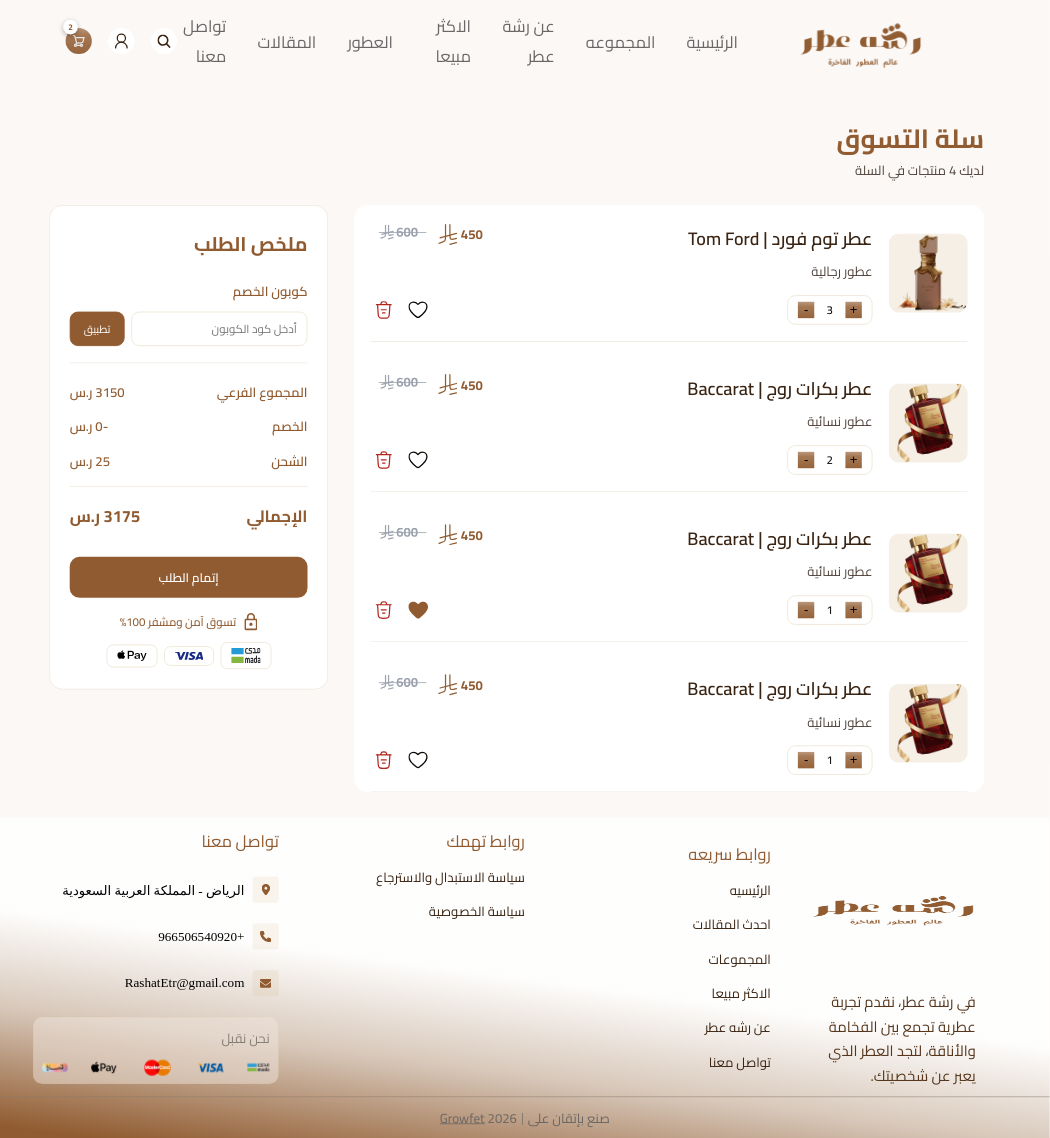
Repository: mahmoudesh74/rashet-3tr
Page: /ShoppingBasket
An editor plug-in stored every save of this project. The page is shown before and after the next save, followed by the edit.
The browser window is 1280 px wide. The pictures show the whole page, at 82% of full size.
Some web fonts or font styles are not loaded; a fallback is used. The project was rebuilt for these pictures with package versions that can differ from the ones it lists, and the page was loaded fresh each time. Also part of the build but not shown: vite.config.js, src/App.css, src/components/HeaderSection/Header.css, src/components/HeaderSection/Header.jsx, src/components/GroupSection/GroupSection.css, src/components/GroupSection/GroupSection.jsx, src/components/AboutSection/AboutSection.css, src/components/AboutSection/AboutSection.jsx and 35 more. Imported but missing from the stored project, and not drawn on this page: src/assets/vedio.mp4.

Above is the page before, as saved 2026-09-29 00:21:37.

### index.html
<!doctype html>
<html lang="ar" dir="rtl">
  <head>
    <meta charset="UTF-8" />
    <link rel="icon" type="image/svg+xml" href="/favicon.svg" />
    <meta name="viewport" content="width=device-width, initial-scale=1.0" />
    <title>rashet-3tr</title>
    <link rel="preconnect" href="https://fonts.googleapis.com">
<link rel="preconnect" href="https://fonts.gstatic.com" crossorigin>
<link href="https://fonts.googleapis.com/css2?family=Be+Vietnam+Pro:ital,wght@0,100;0,200;0,300;0,400;0,500;0,600;0,700;0,800;0,900;1,100;1,200;1,300;1,400;1,500;1,600;1,700;1,800;1,900&family=Cairo:wght@200..1000&family=IBM+Plex+Sans:ital,wght@0,100..700;1,100..700&family=Kameron:wght@400..700&family=Noto+Rashi+Hebrew:wght@100..900&family=Plus+Jakarta+Sans:ital,wght@0,200..800;1,200..800&family=Roboto:ital,wght@0,100..900;1,100..900&family=Tajawal:wght@200;300;400;500;700;800;900&display=swap" rel="stylesheet">
    <link rel="preconnect" href="https://fonts.googleapis.com">
<link rel="preconnect" href="https://fonts.gstatic.com" crossorigin>
<link href="https://fonts.googleapis.com/css2?family=Be+Vietnam+Pro:ital,wght@0,100;0,200;0,300;0,400;0,500;0,600;0,700;0,800;0,900;1,100;1,200;1,300;1,400;1,500;1,600;1,700;1,800;1,900&family=Cairo:wght@200..1000&family=IBM+Plex+Sans:ital,wght@0,100..700;1,100..700&family=Kameron:wght@400..700&family=Noto+Rashi+Hebrew:wght@100..900&family=Plus+Jakarta+Sans:ital,wght@0,200..800;1,200..800&display=swap" rel="stylesheet">
    <link rel="preconnect" href="https://fonts.googleapis.com">
<link rel="preconnect" href="https://fonts.gstatic.com" crossorigin>
<link href="https://fonts.googleapis.com/css2?family=Be+Vietnam+Pro:ital,wght@0,100;0,200;0,300;0,400;0,500;0,600;0,700;0,800;0,900;1,100;1,200;1,300;1,400;1,500;1,600;1,700;1,800;1,900&family=Cairo:wght@200..1000&family=IBM+Plex+Sans:ital,wght@0,100..700;1,100..700&family=Kameron:wght@400..700&display=swap" rel="stylesheet">
 <link rel="preconnect" href="https://fonts.googleapis.com">
<link rel="preconnect" href="https://fonts.gstatic.com" crossorigin>
<link href="https://fonts.googleapis.com/css2?family=Be+Vietnam+Pro:ital,wght@0,100;0,200;0,300;0,400;0,500;0,600;0,700;0,800;0,900;1,100;1,200;1,300;1,400;1,500;1,600;1,700;1,800;1,900&family=Cairo:wght@200..1000&family=IBM+Plex+Sans:ital,wght@0,100..700;1,100..700&family=Kameron:wght@400..700&family=Plus+Jakarta+Sans:ital,wght@0,200..800;1,200..800&display=swap" rel="stylesheet">
</head>
  <body>
    <div id="root"></div>
    <script type="module" src="/src/main.jsx"></script>
  </body>
</html>

### src/main.jsx
import React from "react";
import ReactDOM from "react-dom/client";
import { BrowserRouter } from "react-router-dom";
import App from "./App.jsx";
import "./styles/variables.css";
ReactDOM.createRoot(document.getElementById("root")).render(
  <React.StrictMode>
    <BrowserRouter>
      <App />
    </BrowserRouter>
  </React.StrictMode>
);

### src/App.jsx
import "./App.css";
import HomePage from "./pages/HomePage/homePag";
import NavBar from "./components/NavBar/NavBar";
import Footer from "./components/Footer/Footer";
import { Routes, Route } from "react-router-dom";
import GroupPage from "./pages/GroupPage/GroupPage";
import GroupCatalog from "./pages/groupCatalog/groupCatalog";
import AboutRashetEtr from "./pages/AboutRashetEtr/AboutRashetEtr";
import PrivacyPolicyPage from "./pages/PrivacyPolicy/privacyPolicy"
import PolicyReplace from "./pages/PolicyReplace/PolicyReplace"
import ContactUs from "./pages/ContactUs/ContactUs"
import PerfumePage from "./pages/perfumePage/perfumePage"
import ProductDetailsPage from "./pages/PerfumeDetails/PerfumeDetails"
import ShoppingBasket from "./pages/ShoppingBasket/ShoppingBasket"
function App() {
  return (
    <>
      <NavBar />

      <Routes>
        <Route path="/" element={<HomePage />} />
        <Route path="/GroupPage" element={<GroupPage />} />
        <Route path="/GroupCatalog/:id" element={<GroupCatalog />} />
        <Route path="/AboutRashetEtr" element={<AboutRashetEtr />} />
        <Route path="/PrivacyPolicyPage" element={<PrivacyPolicyPage />} />
        <Route path="/PolicyReplace" element={<PolicyReplace />} />
        <Route path="/ContactUs" element={<ContactUs />} />
        <Route path="/PerfumePage" element={<PerfumePage />} />
        <Route path="/PerfumeDetails" element={<ProductDetailsPage />} />
        <Route path="/ShoppingBasket" element={<ShoppingBasket />} />






      </Routes>

      <Footer />
    </>
  );
}

export default App;

### src/pages/HomePage/homePage.css
*{
  padding: 0;
  margin: 0;
}
.HomePageHader {
  position: relative;
  width: 100%;
  height: 750px;

}

.HeaderBgVideo {
  position: absolute;
  top: 50%;
  left: 50%;
  min-width: 100%;
  min-height: 100%;
  width: auto;
  height: auto;
  transform: translate(-50%, -50%);
  object-fit: cover;
  z-index: -1;
}

.HeaderContent {
  position: relative;
  z-index: 1;
}

### src/components/NavBar/NavBar.module.css
.navbar {
  width: 100%;
  background-color:  #FBF8F5E5;
  height: 100px;

  position: absolute;
  top: 0;
  right: 0;
  left: 0;
  z-index: 100;
}

.container {
  height: 100px;
  display: flex;
  align-items: center;
  justify-content: space-evenly;
  padding-top: 16px;
  padding-bottom: 16px;
  padding-left: 80px;
  padding-right: 80px;
}
.logoImage {
  width: auto;
  height: 300px;
  object-fit: contain;
  scale: crop;
}

.links {
  align-items: center;
  gap: 38px;
  list-style: none;
  margin: 0;
  padding: 0;
}

@media (min-width: 768px) {
  .links {
    display: flex;
  }
}

.link {
  font-size: 20px;
  color: #696767;
  text-decoration: none;
  padding-bottom: 4px;
  font-family: "cairo";
  font-weight: 400;
}



.icons {
  display: flex;
  align-items: center;
  gap: 20px;
  flex-shrink: 0;
}
.search {
  display: flex;
  align-items: center;
  width: 32px;
  height: 32px;
  border-radius: 50%;
  background-color: #FFFFFF;
  justify-content: center;
  cursor: pointer;
}
.profile {
  cursor: pointer;
  display: flex;
  align-items: center;
  width: 32px;
  height: 32px;
  border-radius: 50%;
  background-color: #FFFFFF;
  justify-content: center;
}

.cart {
  position: relative;
  cursor: pointer;
  display: flex;
  align-items: center;
  justify-content: center;
  width: 32px;
  height: 32px;
  border-radius: 50%;
  background: linear-gradient(
    180deg,
    #ba987c 0%,
    #a57956 27.68%,
    #905B30 125.82%
  );
}

.cartCount {
  position: absolute;
  top: -10px;
  left: -3px;
  width: 18px;
  height: 18px;
  display: flex;
  align-items: center;
  justify-content: center;
  border-radius: 50%;
  background: #fff;
  color: #905B30;
  font-size: 10px;
  font-weight: 700;
  font-family: "cairo";
  box-shadow: 0 2px 6px #0000004d;
}
.link {
  position: relative;
  text-decoration: none;
}

.link::after {
  content: "";
  position: absolute;
  bottom: -8px;
  left: 0;
  width: 0;
  height: 3px;
  background-color: #905B30;
  transition: width 0.3s ease;
}

.link:hover::after {
  width: 100%;
}



@media (max-width: 1024px) {
  .navbar,
  .container {
    height: 90px;
  }
  .logoImage {
    height: 220px;
  }
  .links {
    gap: 22px;
  }
  .link {
    font-size: 16px;
  }
}

@media (max-width: 767px) {
  .navbar,
  .container {
    height: 70px;
  }
  .logoImage {
    height: 160px;
  }
  .icons {
    gap: 14px;
  }
  .search,
  .profile,
  .cart {
    width: 28px;
    height: 28px;
  }
}

@media (max-width: 480px) {
  .navbar,
  .container {
    height: 60px;
  }
  .logoImage {
    height: 120px;
  }
}

### src/components/Footer/Footer.css
.Footer {
  width: 100%;
  height: auto;
  background: linear-gradient(7.52deg, #905B30 2.66%, rgba(178, 147, 120, 0.5) 28.7%, rgba(212, 203, 192, 0) 50%),
    linear-gradient(0deg, rgba(251, 248, 245, 0.2), rgba(251, 248, 245, 0.2));
}
.row {
  width: 100%;
  display: flex;
  padding: 10px 40px 10px 40px;
}
.LogoContainer {
  display: flex;
  width: 25%;
  flex-direction: column;
  align-items: center;
  justify-content: center;
}
.LogoContainer img {
  width: 400px;
  height: 200px;
}
.LogoContainer p {
  max-width: 200px;
  font-family: "Cairo";
  font-size: 18px;
  font-weight: 400;
  color: #56371D;
  line-height: 30px;
}
.LinksContainer {
  width: 25%;
  gap: 10px;
  display: flex;
  flex-direction: column;

  justify-content: center;
}
.LinksContainer h3 {
  font-size: 20px;
  font-weight: 400;
  font-family: "Cairo";
  color: #905B30;
}
.LinksContainer a {
  font-size: 16px;
  font-weight: 400;
  color: #3A2413;
  font-family: "Cairo";
  text-decoration: none;
}
.ownLinks {
  width: 25%;
  gap: 10px;
  display: flex;
  flex-direction: column;

}
.ownLinks h3 {
  font-size: 20px;
  font-weight: 400;
  font-family: "Cairo";
  color: #905B30;
}
.ownLinks a {
  font-size: 16px;
  font-weight: 400;
  color: #3A2413;
  font-family: "Cairo";
  text-decoration: none;
}
.contactWithUs {
  width: 25%;
  gap: 25px;
  display: flex;
  flex-direction: column;

}
.contactWithUs h3 {
  font-size: 20px;
  font-weight: 400;
  font-family: "Cairo";
  color: #905B30;
}
.location {
  display: flex;
  align-items: center;
  gap: 10px;
}
.locationIcon {
  display: flex;
  align-items: center;
  justify-content: center;
  width: 32px;
  height: 32px;
  background-color: #C5A0591A;
  border-radius: 4px;
}
.phoneIcon {
  display: flex;
  align-items: center;
  justify-content: center;
  width: 32px;
  height: 32px;
  background-color: #C5A0591A;
  border-radius: 4px;
}


.linkItem {
  display: flex;
  flex-direction: column;
  align-items: flex-start;
  width: fit-content;
}

.FooterLine {
  height: 2px;
  width: 20px;
  background-color: #905B30;
  border-radius: 8px;


  opacity: 0;
  transform: scaleX(0);
  transform-origin: right;
  transition: opacity 0.2s ease, transform 0.2s ease;
}

.linkItem:hover .FooterLine {
  opacity: 1;
  transform: scaleX(1);
}
.makeby{
    align-items: center;
    justify-content: center;
    display: flex;
    border-top: 1px solid #8A7A6A80;

   padding: 10px 0 10px 0;
    gap: 5px;
    color: #6B6764;

}
.makeby p{
    font-size: 16px ;
    font-weight: 400;
    font-family: "Cairo";
    color: #6B6764;
}
.payed{
    height:82px;
    width: 100%;
    background-color: #EFE6DD80;
    border: 1px solid #C5A0591A;
    border-radius: 12px;

}
.payed p{
  margin: 0;
  padding: 10px;
    font-family: "Cairo";
    font-size: 16px;
    font-weight: 400;
    color: #2D292680;
}
.payrow {
    display: flex;
    justify-content: space-between;
    gap: 20px;
    padding: 0 10px 0 10px;
}

### src/pages/ShoppingBasket/ShoppingBasket.css
.cart-page {
    margin-top: 100px;
    padding: 50px 80px 31px 60px;
    direction: rtl;
    font-family: "Cairo";
    color: #1a1a1a;
    background-color: #FBF8F5;
}

.cart-page-header {
  margin-bottom: 28px;
}

.cart-page-header h1 {
  margin: 0 0 6px;
  font-size: 32px;
  font-weight: 700;
  font-family: "Cairo";
  line-height: 36px;
  color: #915C32;
}

.cart-page-header p {
  margin: 0;
  font-size: 16px;
  font-weight: 400;
  font-family: "Cairo";
  color: #51443C;
}

.cart-page-layout {
  display: grid;
  grid-template-columns:  1fr 340px;
  gap: 32px;
  align-items: start;
}

/* ---------- Order summary ---------- */
.cart-summary {
  background: #ffffff;
  border: 1px solid #f0e9df;
  border-radius: 16px;
  padding: 24px;
  position: sticky;
  top: 140px;
}

.cart-summary-title {
  margin: 0 0 20px;
  font-size: 24px;
  font-family: "Cairo";
  font-weight: 700;
  color: #905B30;
}

.cart-coupon {
  padding-bottom: 20px;
  margin-bottom: 20px;
  border-bottom: 1px solid #f0e9df;
}

.cart-coupon-label {
  display: block;
  font-size: 16px;
  font-weight: 600;
  font-family: "Cairo";
  color: #905B30;
  margin-bottom: 10px;
}

.cart-coupon-input-row {
  display: flex;
  gap: 8px;
}

.cart-coupon-input-row input {
  flex: 1;
  height: 42px;
  border-radius: 10px;
  border: 1px solid #ede4d3;
  padding: 0 12px;
  font-family: "Cairo";
  font-size: 14px;
  outline: none;
}

.cart-coupon-input-row button {
  height: 42px;
  padding: 0 16px;
  border-radius: 10px;
  border: 1px solid #905b30;
  background: #905b30;
  color: #ffffff;
  font-family: "Cairo";
  font-size: 13px;
  cursor: pointer;
}

.cart-coupon-applied {
  display: flex;
  align-items: center;
  gap: 8px;
  height: 42px;
  border-radius: 10px;
  border: 1px solid #ede4d3;
  padding: 0 12px;
  font-family: "Cairo";
  font-size: 14px;
  color: #1a1a1a;
}

.cart-coupon-remove {
  border: none;
  background: transparent;
  color: #9ca3af;
  font-size: 18px;
  cursor: pointer;
  line-height: 1;
}

.cart-coupon-success {
  display: flex;
  align-items: center;
  gap: 6px;
  margin: 10px 0 0;
  font-size: 12px;
  color: #905b30;
}

.cart-coupon-error {
  margin: 10px 0 0;
  font-size: 12px;
  color: #d9534f;
}

.cart-summary-rows {
  display: flex;
  flex-direction: column;
  gap: 12px;
  margin-bottom: 16px;
}

.cart-summary-row {
  display: flex;
  align-items: center;
  justify-content: space-between;
  font-size: 14px;
}

.cart-summary-label {
 font-family: "Cairo";
 font-size: 16px;
 font-weight: 600;
 color: #905B30;
}

.cart-summary-value {
 font-family: "Cairo";
 font-size: 16px;
 font-weight: 600;
 color: #905B30;
 line-height: 24px;
}

.cart-summary-value--discount {
  color: #905B30;
}

.cart-summary-total {
  display: flex;
  align-items: center;
  justify-content: space-between;
  padding: 16px 0;
  margin-bottom: 16px;
  border-top: 1px solid #f0e9df;
}

.cart-summary-total-label {
   font-size: 20px;
  font-weight: 700;
  font-family: "Cairo";
  color: #905b30;
}

.cart-summary-total-value {
  font-size: 20px;
  font-weight: 700;
  font-family: "Cairo";
  color: #905b30;
}

.cart-checkout-btn {
  width: 100%;
  height: 50px;
  border-radius: 12px;
  border: none;
  background: #905b30;
  color: #ffffff;
  font-family: "Cairo";
  font-size: 15px;
  font-weight: 600;
  cursor: pointer;
  margin-bottom: 16px;
}

.cart-checkout-btn:hover {
  background: #7c4d27;
}

.cart-checkout-btn:disabled {
  opacity: 0.5;
  cursor: not-allowed;
}

.cart-secure-text {
  text-align: center;
  display: flex;
  justify-content: center;
  gap: 10px;
  font-size: 14px;
  font-weight: 500;
  color: #905B30;
  margin: 0 0 12px;
}

.cart-payment-badges {
  display: flex;
  align-items: center;
  justify-content: center;
  gap: 8px;
}

.cart-payment-badge {
    align-items: center;
    justify-content: center;
    display: flex;
  padding: 6px 12px;
  border-radius: 8px;
  border: 1px solid #ede4d3;


}

/* ---------- Cart items list ---------- */
.cart-items-list {
  display: flex;
  flex-direction: column;
  gap: 16px;
  border-radius: 16px;
  background-color: #ffffff;
}

.cart-empty-text {
  text-align: center;
  color: #9ca3af;
  padding: 60px 0;
}

.cart-item {
     display: flex;
    align-items: center;
    gap: 20px;
    background: #ffffff;
    border-top-left-radius: 16px;
    border-top-right-radius: 16px;
    margin: 0px 20px 0px 20px;
    border-bottom: 1px solid #f0e9df;
    padding: 20px 0px 20px 0px;
}


.cart-item-image {
  width: 96px;
  height: 96px;
  border-radius: 12px;
  overflow: hidden;
  background: #f5efe6;
  flex-shrink: 0;
}

.cart-item-image img {
  width: 100%;
  height: 100%;
  object-fit: cover;
}

.cart-item-content {
  flex: 1;
  display: flex;
  flex-direction: column;
  gap: 14px;
  min-width: 0;
}

.cart-item-top {
  display: flex;
  align-items: flex-start;
  justify-content: space-between;
  gap: 12px;
}

.cart-item-names h3 {
    direction: ltr;
  margin: 0 0 4px;
  font-size: 22px;
  font-weight: 600;
  font-family: "Cairo";
  color: #3A2413;
}

.cart-item-names span {
  font-size: 16px;
  font-weight: 400;
  font-family: "Cairo";
  color: #51443C;
}

.cart-item-price {
  display: flex;
  align-items: center;
  justify-content: center;
  gap: 8px;
  flex-shrink: 0;
}

.cart-item-old-price {
  font-size: 13px;
  color: #9ca3af;
  text-decoration: line-through;
}

.cart-item-new-price {
  font-size: 16px;
  font-weight: 700;
  color: #905b30;
  display: flex;
  align-items: center;
  justify-content: center;
}

.cart-item-bottom {
  display: flex;
  align-items: center;
  justify-content: space-between;
}

.cart-item-qty {
  display: flex;
  align-items: center;
  gap: 12px;
  border: 1px solid #ede4d3;
  border-radius: 10px;
  padding: 4px 12px;
}

.cart-item-qty button {
  width: 20px;
  height: 20px;
  border: none;
  background: linear-gradient(180deg, #BA987C 0%, #A57956 27.68%, #905B30 125.82%);

  font-size: 16px;
  line-height: 1;
  cursor: pointer;
  display: flex;
  align-items: center;
  justify-content: center;
}

.cart-item-qty span {
  font-size: 14px;
  font-weight: 600;
  min-width: 14px;
  text-align: center;
}

.cart-item-actions {
  display: flex;
  align-items: center;
  gap: 10px;
}

.cart-item-fav,
.cart-item-remove {
  width: 32px;
  height: 32px;
 border: none;
 background: none;

  display: flex;
  align-items: center;
  justify-content: center;
  cursor: pointer;
}

.cart-item-fav img,
.cart-item-remove img {
  width: 24px;
  height: 24px;
}

.cart-item-fav.is-active {
  border-color: #905b30;
}

/* ---------- Responsive ---------- */
@media (max-width: 1024px) {
  .cart-page {
    padding: 0 24px 60px;
  }
  .cart-page-layout {
    grid-template-columns: 1fr;
  }
  .cart-summary {
    position: static;
    order: 2;
  }
  .cart-items-list {
    order: 1;
  }
}

@media (max-width: 600px) {
  .cart-item {
    flex-direction: column;
    align-items: stretch;
  }
  .cart-item-image {
    width: 100%;
    height: 160px;
  }
}

### src/pages/LoginPage/LoginPage.css
* {
  box-sizing: border-box;
}

.login-card {
  position: relative;
  background: #FFFFFF;
  width: 100%;
  border-radius: 20px;
  padding: 48px 44px;
}

.login-close {
  position: absolute;
  top: 16px;
  left: 16px;
  width: 32px;
  height: 32px;
  border-radius: 50%;
  border: none;
  background: #f3ede1;
  color: #6b6258;
  font-size: 20px;
  line-height: 1;
  cursor: pointer;
  display: flex;
  align-items: center;
  justify-content: center;
  transition: background 0.15s ease;
}

.login-close:hover {
  background: #e4dccb;
}

.login-title {
  font-size: 24px;
  font-weight: 700;
  font-family: "Cairo";
  color: #3a2413;
  text-align: center;
  margin: 0;
}

.login-subtitle {
  text-align: center;
  color: #717182;
  font-size: 16px;
  font-weight: 400;
  font-family: "SF Pro";
  margin-top: 8px;
  margin-bottom: 32px;
}

.google-btn {
  width: 100%;
  display: flex;
  align-items: center;
  justify-content: center;
  gap: 10px;
  padding: 14px;
  border: 2px solid #1a71f6;
  border-radius: 12px;
  background: #FFFFFF;
  color: #1a71f6;
  font-family: "Plus Jakarta Sans";
  font-size: 14px;
  font-weight: 700;
  cursor: pointer;
  transition: background 0.15s ease;
}

.divider {
  display: flex;
  align-items: center;
  gap: 14px;
  margin: 28px 0;
  color: #323130;
  font-size: 12px;
  font-weight: 700;
  font-family: "Plus Jakarta Sans";
}

.divider-line {
  flex: 1;
  height: 0.5px;
  background: #1a71f6;
}

.field {
  margin-bottom: 20px;
}

.field-label {
  display: block;
  font-size: 14px;
  font-weight: 700;
  color: #323130;
  font-family: "Plus Jakarta Sans";
  margin-bottom: 8px;
}

.text-input {
  width: 100%;
  padding: 14px 16px;
  border: 1.6px solid #d1d1d1;
  border-radius: 16px;
  font-family: "Plus Jakarta Sans";
  font-size: 14px;
  font-weight: 400;
  color: #333333;
  background: #FFFFFF;
  outline: none;
  transition: border-color 0.15s ease;
}

.text-input:focus {
  border-color: #a8642f;
}

.text-input::placeholder {
  color: #737373;
  font-family: "Plus Jakarta Sans";
  font-weight: 400;
  font-size: 14px;
}

.password-wrap {
  position: relative;
}

.password-wrap .text-input {
  padding-left: 44px;
}

.toggle-eye {
  position: absolute;
  left: 14px;
  top: 50%;
  transform: translateY(-50%);
  background: none;
  border: none;
  cursor: pointer;
  color: #6b6258;
  display: flex;
  padding: 0;
}

.toggle-eye svg {
  width: 20px;
  height: 20px;
}

.form-row {
  display: flex;
  align-items: center;
  justify-content: space-between;
  margin-bottom: 28px;
  font-size: 14px;
}

.remember-label {
  display: flex;
  align-items: center;
  gap: 8px;
  color: #333333;
  font-size: 14px;
  font-weight: 700;
  font-family: "Plus Jakarta Sans";
  cursor: pointer;
}

.remember-checkbox {
  width: 17px;
  height: 17px;
  accent-color: #905B30;
  cursor: pointer;
}

.forgot-link {
  color: #1a71f6;
  font-size: 14px;
  font-family: "Plus Jakarta Sans";
  font-weight: 700;
}

.forgot-link:hover {
  text-decoration: underline;
}

.submit-btn {
  width: 100%;
  padding: 15px;
  border: none;
  border-radius: 12px;
  background: #905B30;
  color: #FFFFFF;
  font-family: "Plus Jakarta Sans";
  font-size: 14px;
  font-weight: 700;
  cursor: pointer;
  transition: background 0.15s ease;
}

.submit-btn:hover {
  background: #8b5024;
}

.footer-text {
  text-align: center;
  margin-top: 22px;
  font-size: 14px;
  font-family: "Plus Jakarta Sans";
  font-weight: 400;
  color: #323130;
}





/* Responsive */
@media (max-width: 600px) {
  .login-card {
    padding: 32px 24px;
    border-radius: 16px;
  }

  .login-title {
    font-size: 24px;
  }

  .login-subtitle {
    font-size: 14px;
    margin-bottom: 24px;
  }

  .google-btn {
    padding: 12px;
    font-size: 14px;
  }

  .text-input {
    padding: 12px 14px;
    font-size: 14px;
  }

  .password-wrap .text-input {
    padding-left: 40px;
  }

  .form-row {
    flex-wrap: wrap;
    gap: 10px;
  }

  .submit-btn {
    padding: 13px;
    font-size: 15px;
  }
}

@media (max-width: 360px) {
  .login-card {
    padding: 24px 18px;
  }

  .login-title {
    font-size: 21px;
  }
}

Loaded but not shown: src/pages/ShoppingBasket/ShoppingBasket.jsx (289 lines, source omitted); src/components/Footer/Footer.jsx (169 lines, source omitted); src/components/NavBar/NavBar.jsx (173 lines, source omitted)

After the next save:
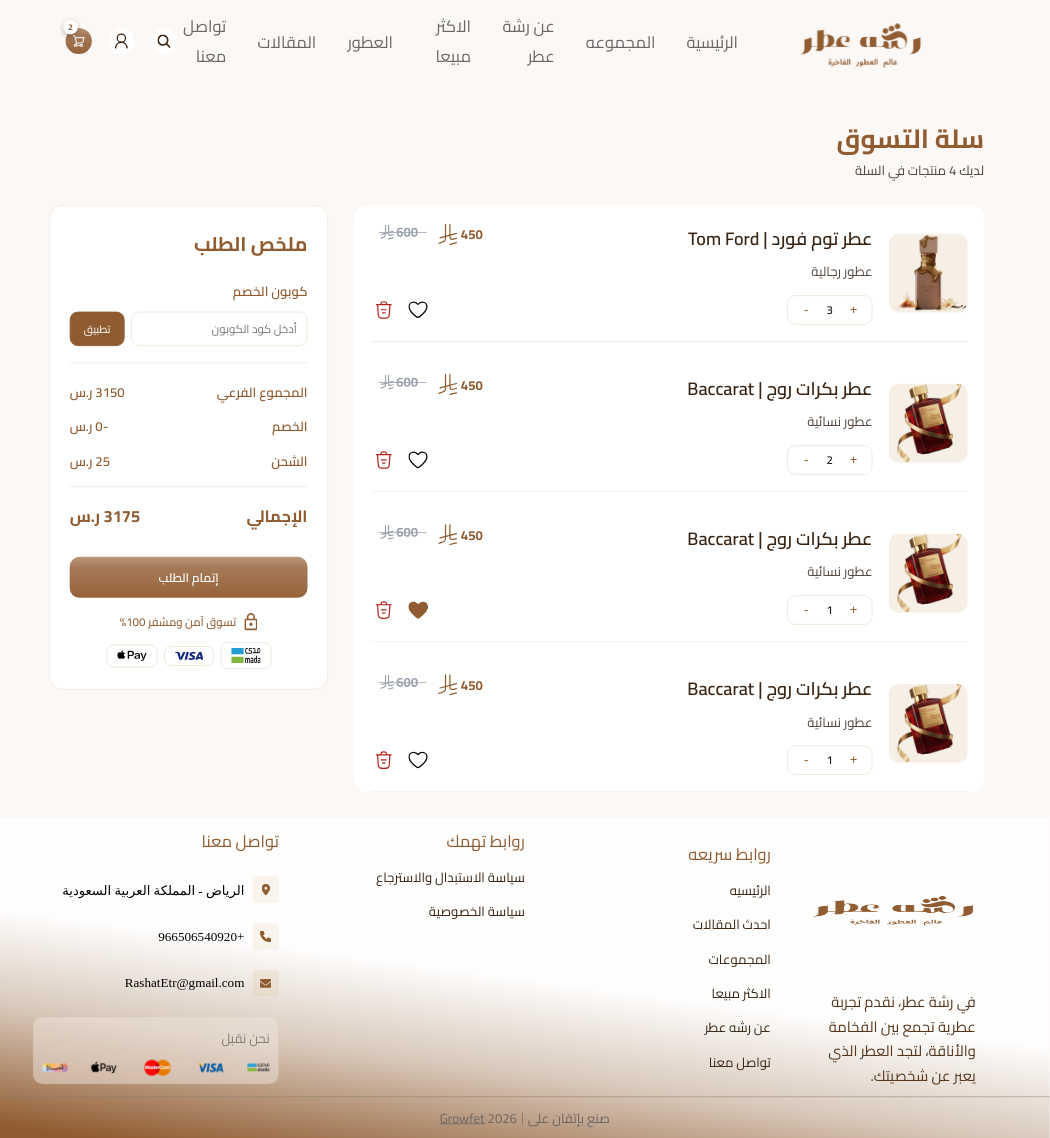
Saved 54 s later.
--- a/src/pages/ShoppingBasket/ShoppingBasket.css
+++ b/src/pages/ShoppingBasket/ShoppingBasket.css
@@ -194,7 +194,8 @@
   height: 50px;
   border-radius: 12px;
   border: none;
-  background: #905b30;
+ background: linear-gradient(180deg, #BA987C 0%, #A57956 27.68%, #905B30 125.82%);
+
   color: #ffffff;
   font-family: "Cairo";
   font-size: 15px;
@@ -357,8 +358,8 @@
   width: 20px;
   height: 20px;
   border: none;
-  background: linear-gradient(180deg, #BA987C 0%, #A57956 27.68%, #905B30 125.82%);
-
+  background: transparent;
+  color: #905b30;
   font-size: 16px;
   line-height: 1;
   cursor: pointer;
